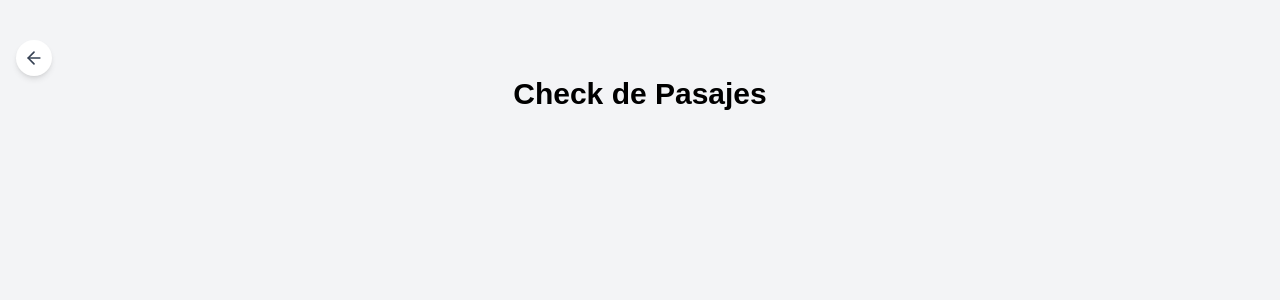
Repository: francoluca35/appcolectivos
Page: /checkpass
These files come from the project's save history. The page is drawn as it stood at one moment and after the next save; the edit follows.
The browser window is 1280 px wide. The pictures show the whole page.
The page's requests for data from a server got no answer. The project was rebuilt for these pictures with package versions that can differ from the ones it lists, and the page was loaded fresh each time. The framework's server and built-in components were replaced by stand-ins that run in the browser. No one was signed in, and anything a server would have sent is missing. Also part of the build but not shown: next.config.mjs.

Above is the page before, as saved 2025-03-28 15:18:12.

### src/app/checkpass/page.js
'use client';
import React, { Suspense } from 'react';
import PasajerosLista from './PasajerosLista';
import BackArrow from '../components/backArrow';

export default function CheckPass() {
  return (
    <div className="min-h-screen bg-gray-100 py-10 px-4">
        <BackArrow/>
      <h1 className="text-3xl font-bold text-center mb-8 text-black">Check de Pasajes</h1>

      <Suspense fallback={<p className="text-center text-gray-500">Cargando lista de pasajeros...</p>}>
        <PasajerosLista />
      </Suspense>
    </div>
  );
}

### src/app/checkpass/PasajerosLista.jsx
// components/PasajerosLista.jsx
'use client';
import React, { useState } from 'react';
import useCheckPass from '@/hooks/useCheckPass';

export default function PasajerosLista() {
  const { pasajeros, loading } = useCheckPass();
  const [selected, setSelected] = useState(null);

  if (loading) return <p className="text-center text-gray-500 mt-10">Cargando pasajeros...</p>;

  // Agrupar pasajeros por destino
  const agrupados = pasajeros.reduce((acc, pasajero) => {
    const destino = pasajero.destino || "Sin destino";
    if (!acc[destino]) acc[destino] = [];
    acc[destino].push(pasajero);
    return acc;
  }, {});

  return (
    <>
      {Object.entries(agrupados).map(([destino, grupo]) => (
        <div key={destino} className="mb-10">
          <h2 className="text-xl font-bold mb-4 text-blue-700">{destino}</h2>
          <ul className="bg-white rounded-lg shadow divide-y divide-gray-200">
            {grupo.map((p) => (
              <li
                key={p.id}
                onClick={() => setSelected(p)}
                className="px-4 py-3 hover:bg-blue-50 cursor-pointer flex justify-between text-black"
              >
                <span><strong>{p.nombreCompleto}</strong>, {new Date(p.fechaViaje).toLocaleDateString("es-AR")}</span>
                <span>DNI: {p.dni}</span>
              </li>
            ))}
          </ul>
        </div>
      ))}

      {/* Modal */}
      {selected && (
        <div className="fixed inset-0 bg-black/40 backdrop-blur-sm z-50 flex items-center justify-center px-4">
          <div className="bg-white rounded-lg p-6 w-full max-w-md shadow-lg animate-fadeIn">
            <h3 className="text-xl font-bold mb-4 text-center text-gray-800">Detalles del Pasajero</h3>
            <div className="space-y-2 text-gray-700 text-sm">
              {Object.entries(selected).map(([key, value]) => (
                <p key={key}><strong>{key}:</strong> {String(value)}</p>
              ))}
            </div>
            <div className="text-center mt-6">
              <button
                onClick={() => setSelected(null)}
                className="bg-blue-600 text-white px-4 py-2 rounded hover:bg-blue-700 transition"
              >
                Cerrar
              </button>
            </div>
          </div>
        </div>
      )}
    </>
  );
}

### src/app/components/backArrow.js
'use client';

import { useRouter } from "next/navigation";
import { ArrowLeft } from "lucide-react";

export default function BackArrow({ className = "" }) {
  const router = useRouter();

  return (
    <button
      onClick={() => router.push("/homeadmin")}
      className={`bg-white rounded-full p-2 shadow-md hover:bg-gray-100 transition ${className}`}
      aria-label="Volver al inicio"
    >
      <ArrowLeft className="h-5 w-5 text-gray-700" />
    </button>
  );
}

### src/hooks/useCheckPass.js

import { useEffect, useState } from "react";
import axios from "axios";

const useCheckPass = () => {
  const [pasajeros, setPasajeros] = useState([]);
  const [loading, setLoading] = useState(true);

  const fetchPasajeros = async () => {
    try {
      const res = await axios.get("/api/check-pass");
      setPasajeros(res.data);
    } catch (err) {
      console.error("Error al obtener pasajeros", err);
    } finally {
      setLoading(false);
    }
  };

  useEffect(() => {
    fetchPasajeros();
  }, []);

  return { pasajeros, loading };
};

export default useCheckPass;

Loaded but not shown: src/app/layout.js (common file); src/app/globals.css (common file)

After the next save:
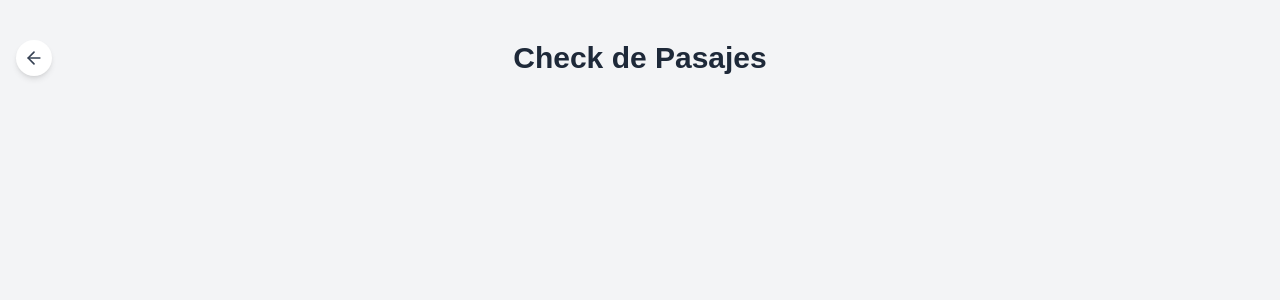
Saved 45 s later.
--- a/src/app/checkpass/page.js
+++ b/src/app/checkpass/page.js
@@ -6,9 +6,10 @@ import BackArrow from '../components/backArrow';
 export default function CheckPass() {
   return (
     <div className="min-h-screen bg-gray-100 py-10 px-4">
-        <BackArrow/>
-      <h1 className="text-3xl font-bold text-center mb-8 text-black">Check de Pasajes</h1>
-
+   <div className="relative flex items-center justify-center mb-10">
+        <BackArrow className="absolute left-0" />
+        <h1 className="text-3xl font-bold text-gray-800 text-center">Check de Pasajes</h1>
+      </div>
       <Suspense fallback={<p className="text-center text-gray-500">Cargando lista de pasajeros...</p>}>
         <PasajerosLista />
       </Suspense>
